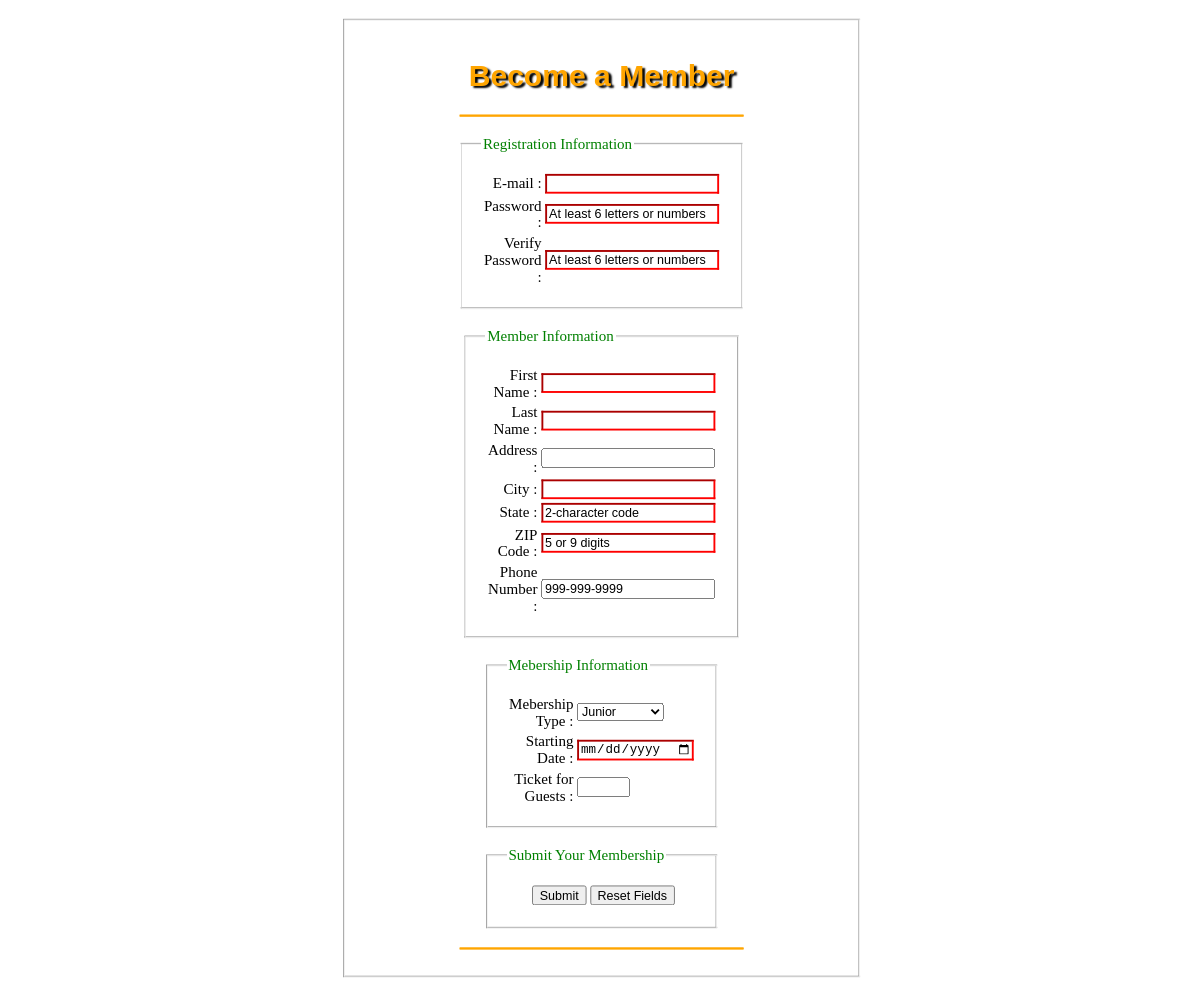
Repository: kjungyoun/Web_Study_2021
Page: 05_seoul08_homework/0302/0302.html
An editor plug-in stored every save of this project. The page is shown before and after the next save, followed by the edit.
The browser window is 1280 px wide. The pictures show the whole page, at 94% of full size.
Some web fonts or font styles are not loaded; a fallback is used.

Above is the page before, as saved 2021-03-02 12:56:14.

After the next save:
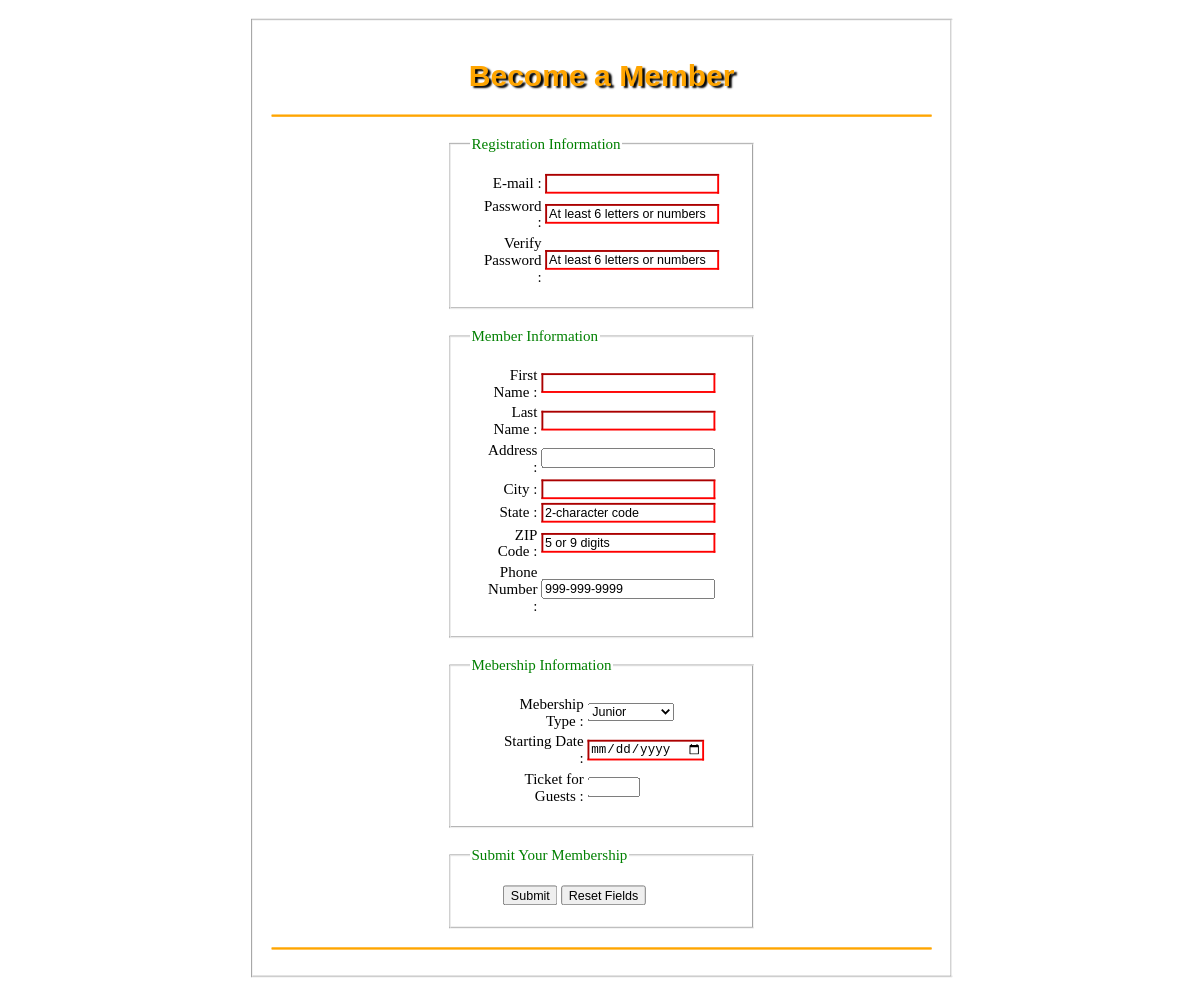
Saved 7 s later.
--- a/05_seoul08_homework/0302/0302.html
+++ b/05_seoul08_homework/0302/0302.html
@@ -25,7 +25,7 @@
 	}
 	hr{
 	size  : 2px;
-	width : 300px;
+	width : 700px;
 	}
 
 </style>
